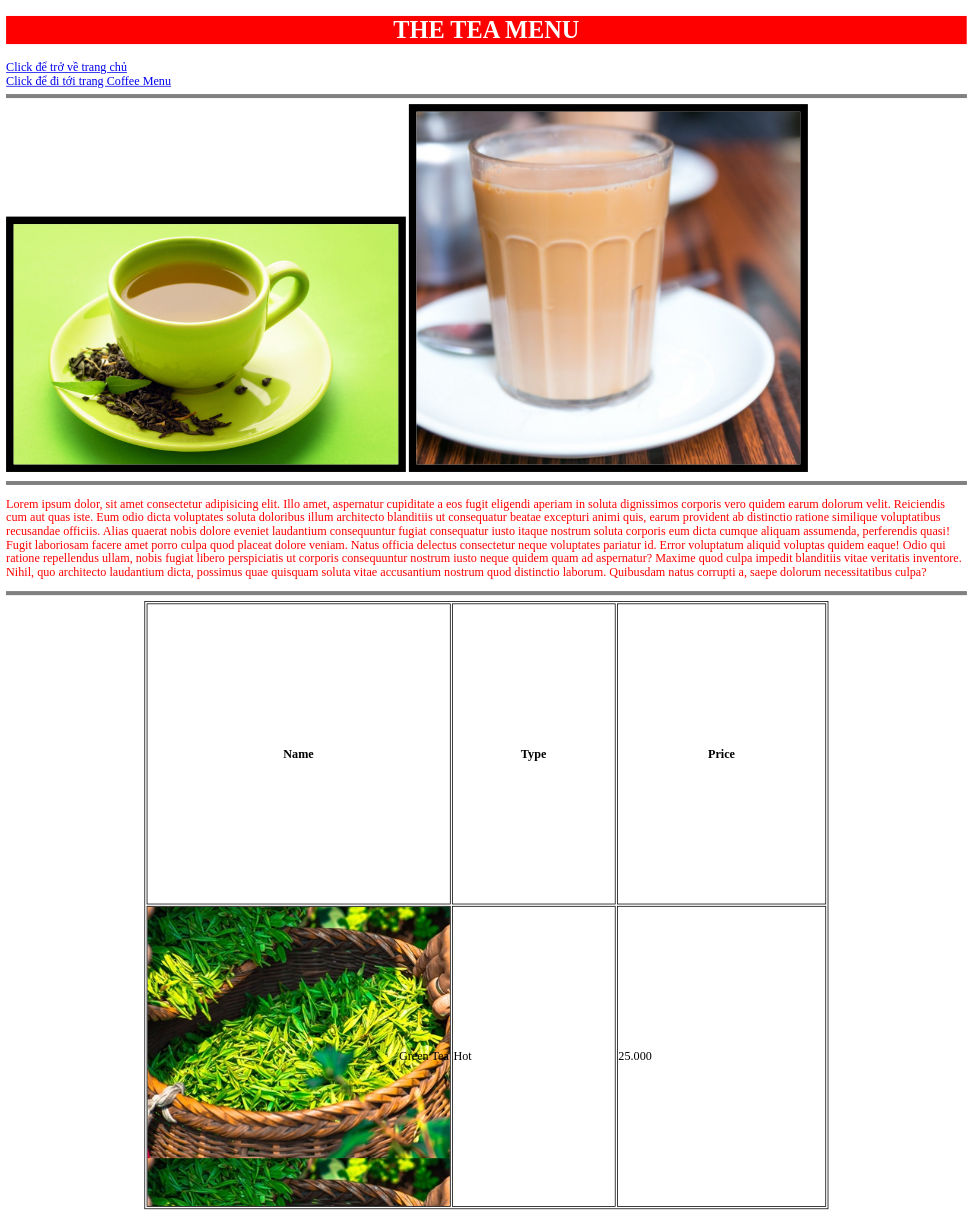
Repository: giahuy405/HomeWork_Coffee
Page: tea.html
These files come from the project's save history. The page is drawn as it stood at one moment and after the next save; the edit follows.
The browser window is 1280 px wide. The pictures show the whole page, at 76% of full size.

Above is the page before, as saved 2022-09-07 11:35:57.

After the next save:
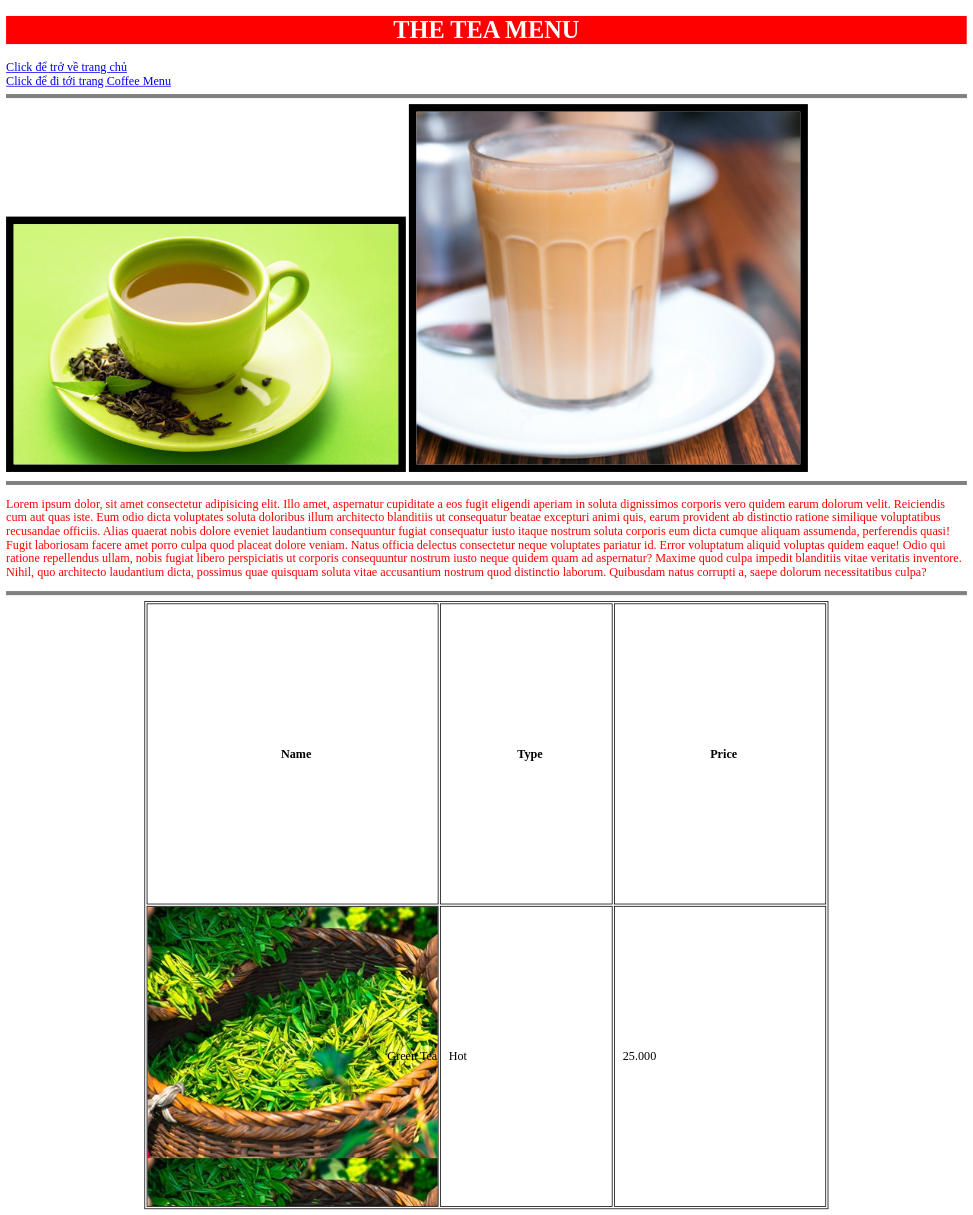
Saved 8 s later.
--- a/css/tea.css
+++ b/css/tea.css
@@ -8,3 +8,6 @@ table{
     height: 800px;
     margin: 0 auto;
 }
+table th,table td{
+    padding-left: 10px;
+}
